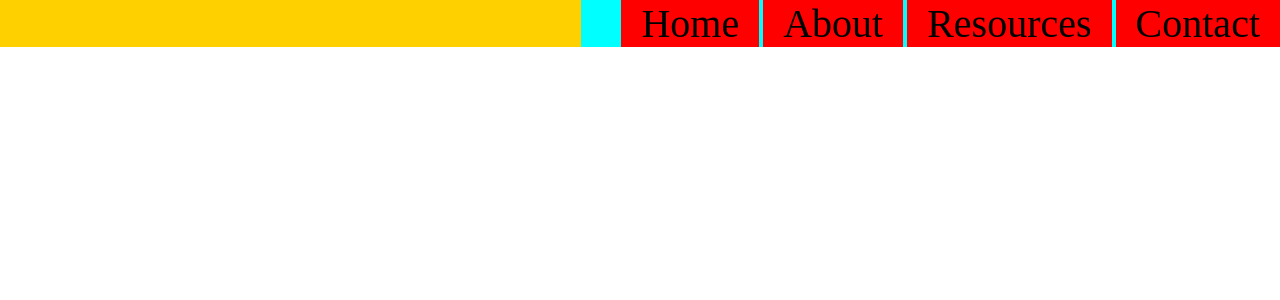
Repository: rdass1/COM421-FinalProject
Page: Website/index.html
These files come from the project's save history. The page is drawn as it stood at one moment and after the next save; the edit follows.
The browser window is 1280 px wide. The pictures show the whole page.

Above is the page before, as saved 2021-05-11 22:44:57.

### Website/index.html
<!DOCTYPE html>
<html>
    <head>
        <meta charset="UTF-8">
        <meta name="description" content="Take It To the Streets is a non-profit organization that helps people find information on how to fight their tickets. ">
        <meta name="author" content="Group 2">
        <meta name="viewport" content="width=device-width, initial-scale=1.0">
        <link rel="stylesheet" type="text/css" href="css/index.css">
        <title>Take It To The Streets</title>
    </head>
    <body>
        <header>
            <div id = "navbar">
                <nav>
                    <ul>
                        <li>Home</li>
                        <li>About</li>
                        <li>Resources</li>
                        <li>Contact</li>
                    </ul>

                </nav>
            </div>
        </header>

    </body>
</html>

### Website/css/index.css
body{
    margin:0px;
}

header{
    background-color: rgb(255, 208, 0);
    width: 100%;
    height: 6%;
    display: flex;
    justify-content: flex-end;
    margin: 0px;
    padding: 0px;

}

#navbar nav{



}

#navbar ul{
    margin: 0px;
    background-color:aqua;

    list-style: none;
}

#navbar li{
    margin: 0px;
    padding: 0px 20px 0px 20px;
    font-size: 2.5rem;
    background-color:red;
    display: inline-block;
}

After the next save:
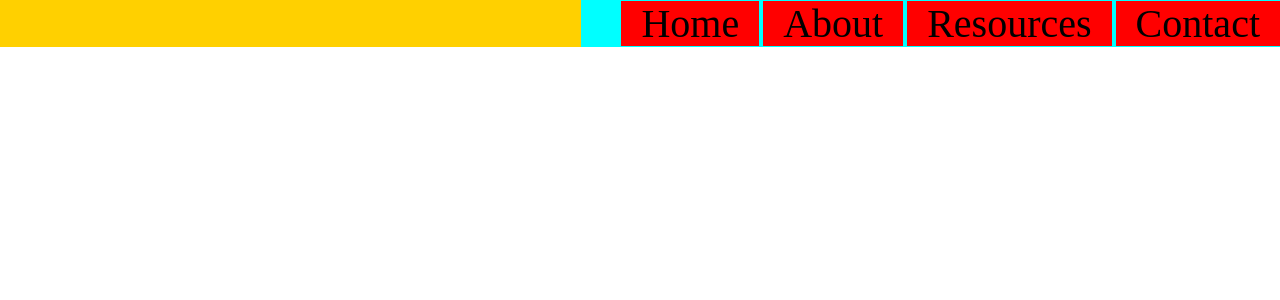
Saved 18 s later.
--- a/Website/css/index.css
+++ b/Website/css/index.css
@@ -31,5 +31,5 @@ header{
     padding: 0px 20px 0px 20px;
     font-size: 2.5rem;
     background-color:red;
-    display: inline-block;
+    display: inline;
 }
